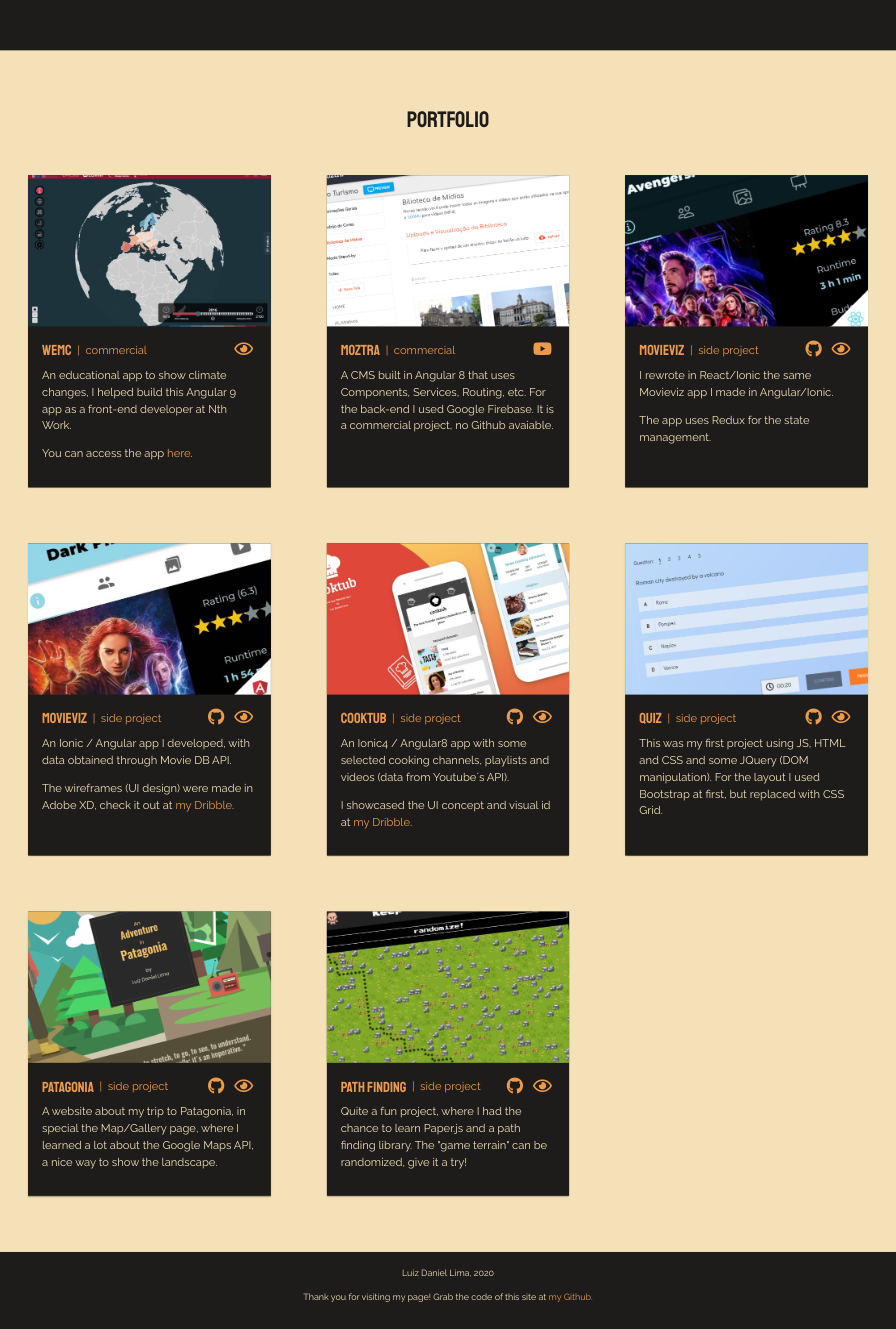
Repository: luizdanielmlima/myWebsite
Page: dist/index.html
An editor plug-in stored every save of this project. The page is shown before and after the next save, followed by the edit.
The browser window is 1280 px wide. The pictures show the part of the page from y = 1936 to 3856 px (the page is 3835 px tall before and 3859 px after), at 70% of full size.
Some web libraries are served in a nearby version.

Above is the page before, as saved 2023-01-04 09:08:25.

After the next save:
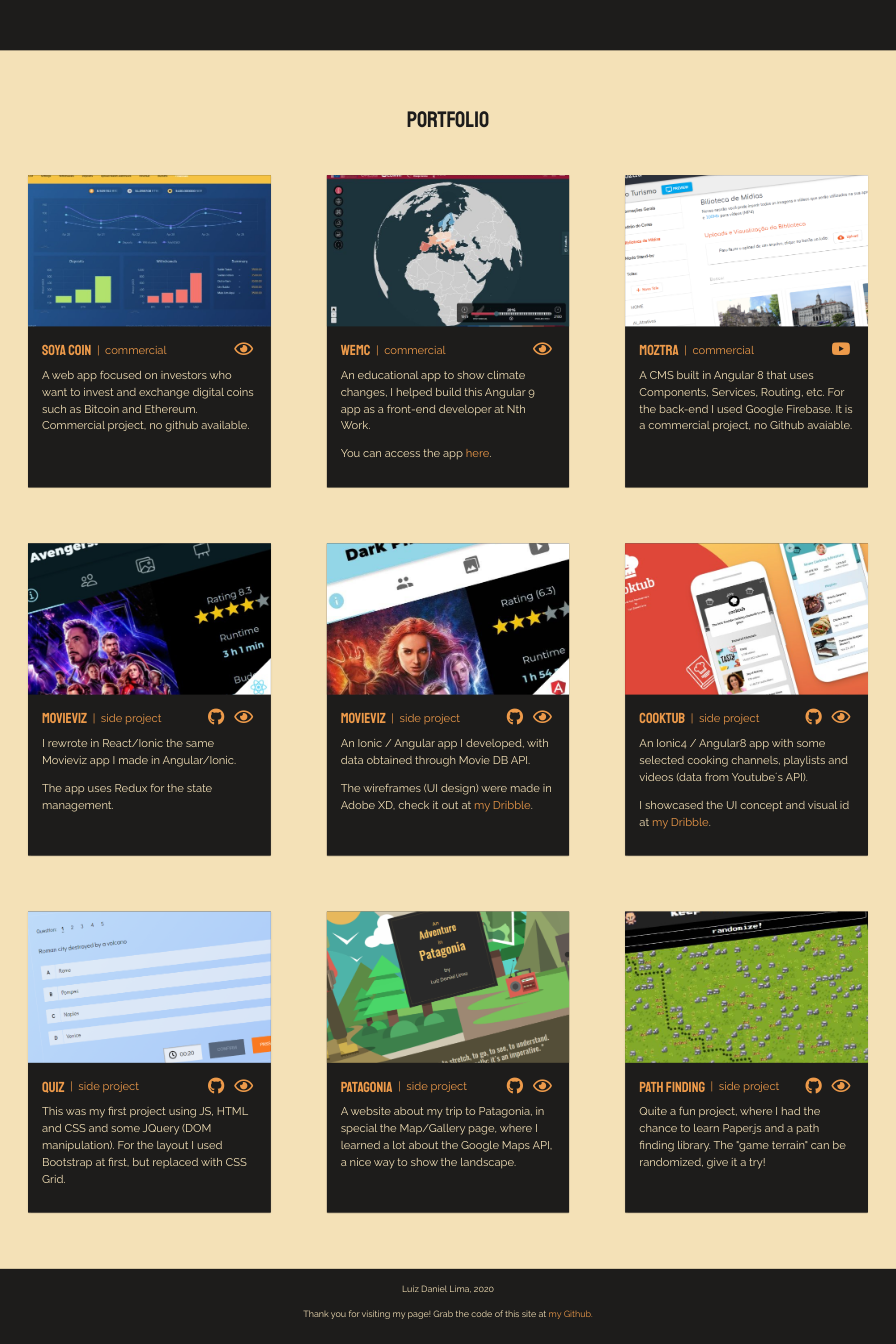
Saved 27 min 26 s later.
--- a/dist/index.html
+++ b/dist/index.html
@@ -223,6 +223,40 @@
       <h2 class="section-title" data-obs="portfolio">Portfolio</h2>
       <div class="pf-content">
         <div class="pf-card">
+          <a>
+            <figure class="clickable-img">
+              <i class="far fa-eye fa-2x clickable-img-icon"></i>
+              <div class="clickable-img-icon-bg"></div>
+              <img
+                class="clickable-img-raster"
+                src="./assets/portf_soyacoin_crop.jpg"
+                alt="soya coin thumb"
+              />
+            </figure>
+          </a>
+          <div class="pf-card-body">
+            <div class="title-icons-area">
+              <div class="title-wrapper">
+                <h3>Soya Coin</h3>
+                <p>|</p>
+                <p>commercial</p>
+              </div>
+              <div class="icons">
+                <a
+                  href="https://c3s-edu.wemcouncil.org/"
+                  target="_blank"
+                  ><i class="far fa-eye fa-2x"></i
+                ></a>
+              </div>
+            </div>
+            <p>
+              A web app focused on investors who want to invest and
+              exchange digital coins such as Bitcoin and Ethereum.
+              Commercial project, no github available.
+            </p>
+          </div>
+        </div>
+        <div class="pf-card">
           <a href="https://movieviz.web.app/" target="_blank">
             <figure class="clickable-img">
               <i class="far fa-eye fa-2x clickable-img-icon"></i>
